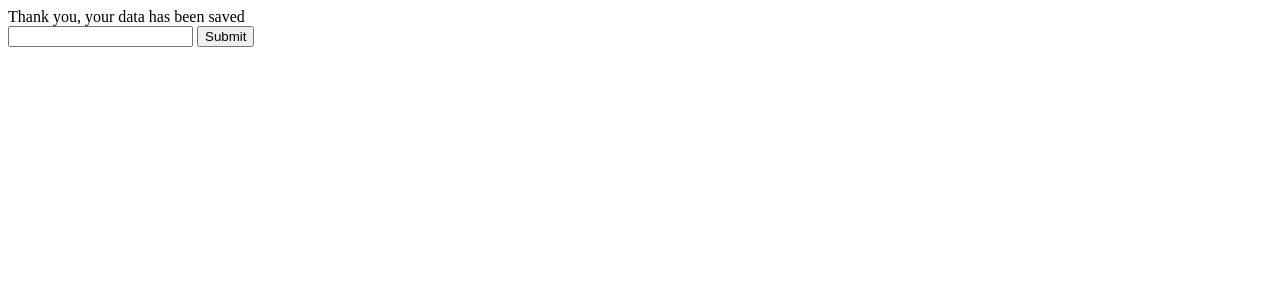
Repository: amittomar287/springbootbasics
Page: http://localhost/springJPA/ThankYou.jsp
The author's editor kept a copy of each file at every save. The page is drawn from the files as they stood at one save, then again after the next save.
The browser window is 1280 px wide. The pictures show the whole page.
The page is served by Tomcat 9.

Above is the page before, as saved 2022-08-06 05:16:20.

After the next save:
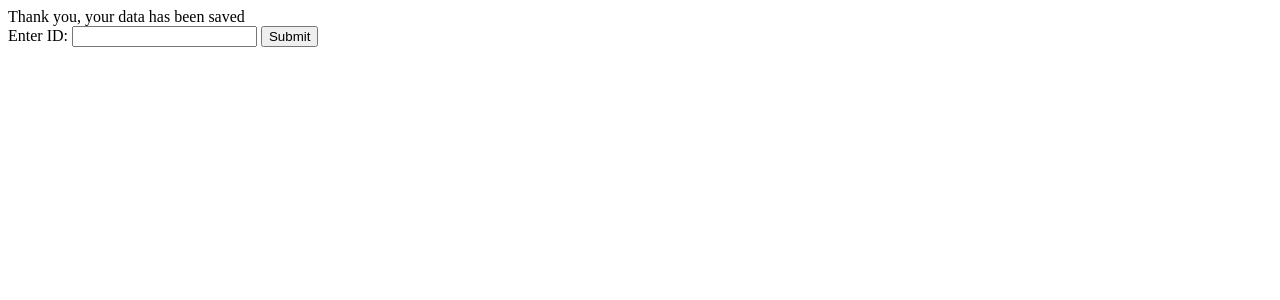
Saved 8 s later.
--- a/springJPA/src/main/webapp/ThankYou.jsp
+++ b/springJPA/src/main/webapp/ThankYou.jsp
@@ -11,7 +11,7 @@
 Thank you, your data has been saved
 
 <form action="getAlien">
-<input type="text" name="id">
+Enter ID: <input type="text" name="id">
 <input type="submit"><br>
 </form>
 
